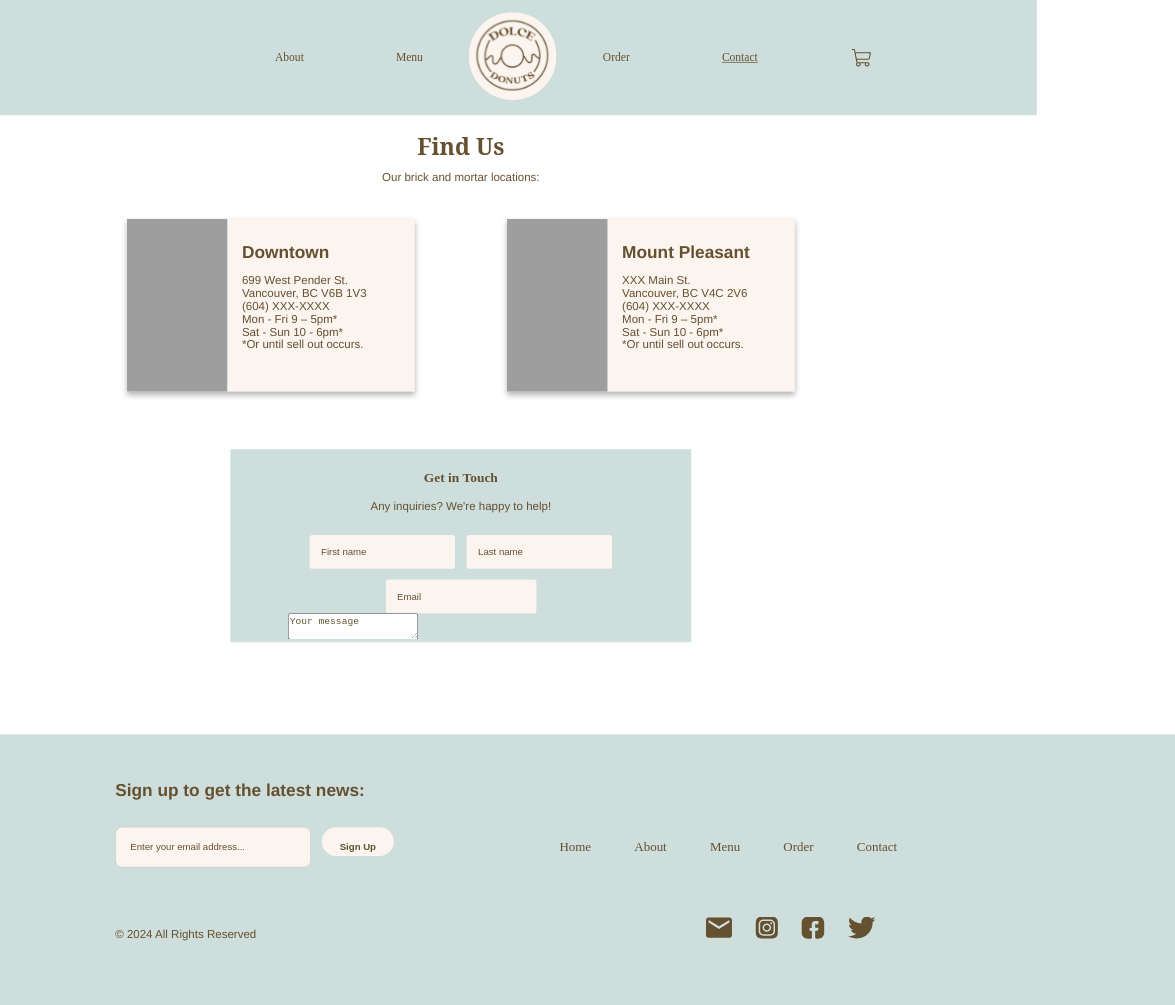
Repository: Crystalhtc/dolcedonuts
Page: /contact
These files come from the project's save history. The page is drawn as it stood at one moment and after the next save; the edit follows.
The browser window is 1280 px wide. The page is 1632 px wide, so the pictures cover 1632 px, including what lies to the right of the window. The pictures show the whole page, at 72% of full size.
Pictures or frames that could not be fetched are drawn as grey boxes. The project was rebuilt for these pictures with package versions that can differ from the ones it lists, and the page was loaded fresh each time. Also part of the build but not shown: vite.config.js, src/pages/Home.module.css, src/pages/Home.jsx, src/components/ProductCard/ProductCard.jsx, src/Data/products.js, src/pages/Order.css, src/pages/Menu.jsx, src/pages/Order.jsx and 13 more.

Above is the page before, as saved 2024-10-20 15:27:45.

After the next save:
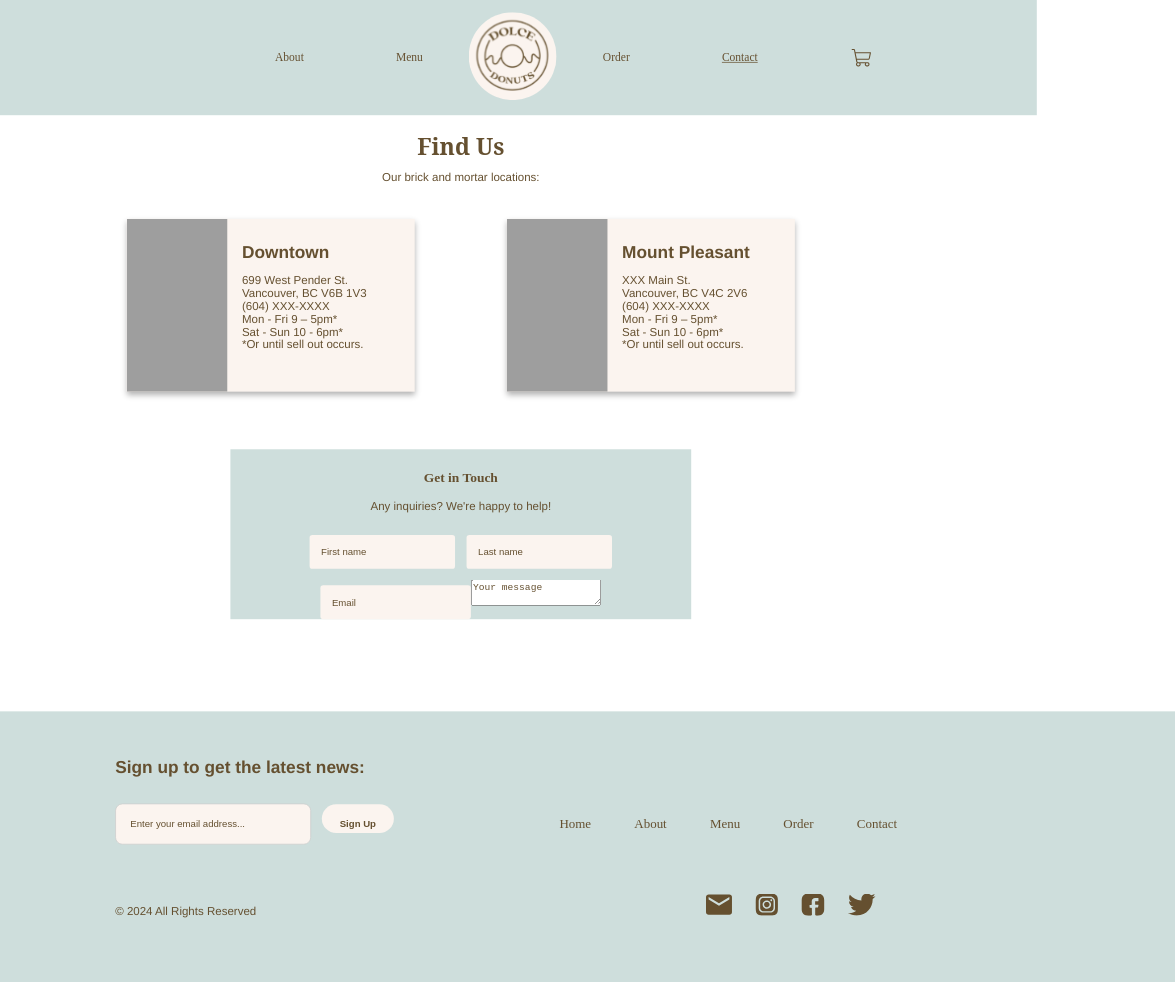
Saved 9 s later.
--- a/src/components/ContactUsForm/ContactForm.jsx
+++ b/src/components/ContactUsForm/ContactForm.jsx
@@ -50,9 +50,6 @@ export default function Form() {
                         </div>
                         <div>
                             <input type="email" name="email" placeholder="Email"/>
-                        </div>
-
-                        <div className={styles.formPlaceholders}>
                             <textarea name="message" placeholder="Your message"></textarea>
                         </div>
                     </div>
